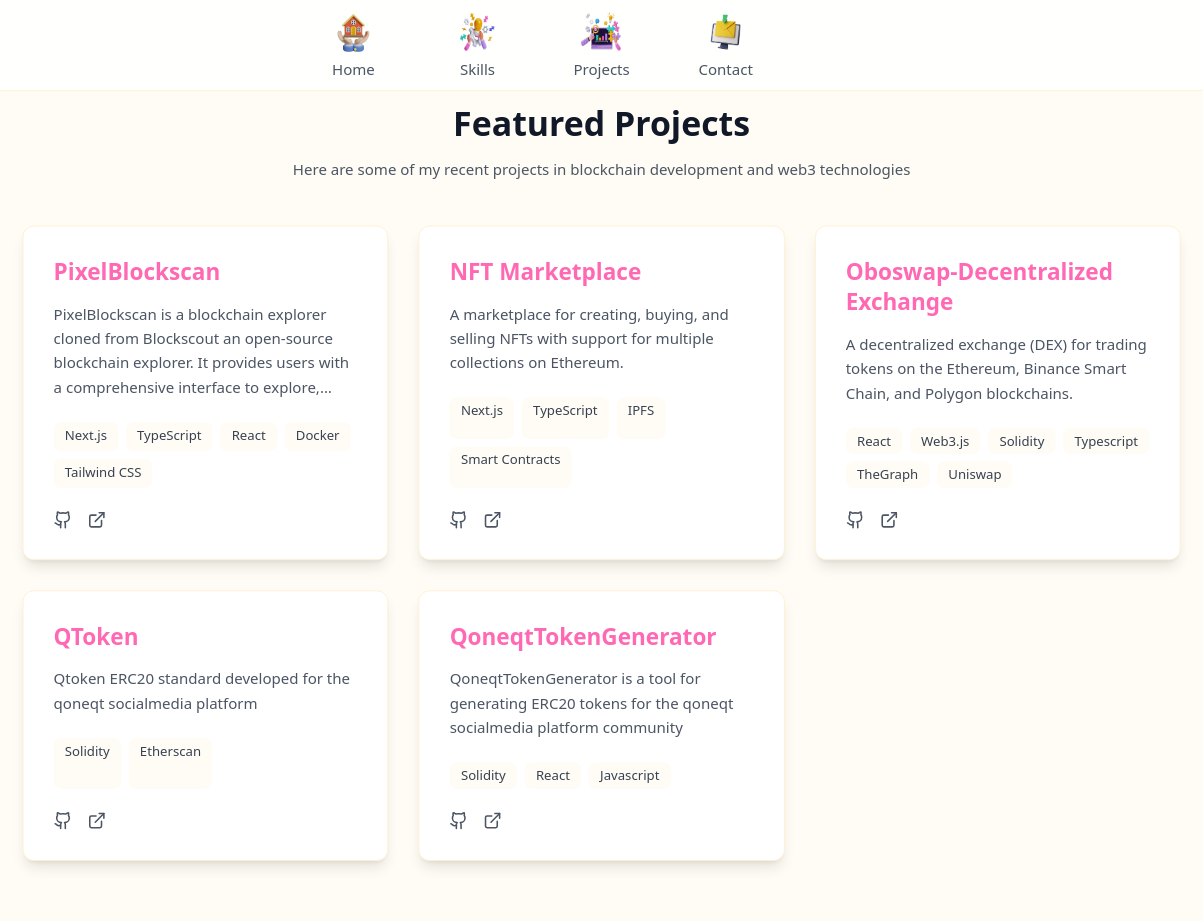
Repository: cryptonix21/personal-portfolio
Page: /projects
These files come from the project's save history. The page is drawn as it stood at one moment and after a run of saves; the edit follows.
The browser window is 1280 px wide. The pictures show the whole page, at 94% of full size.
The project was rebuilt for these pictures with package versions that can differ from the ones it lists, and the page was loaded fresh each time. Also part of the build but not shown: vite.config.ts, src/components/Resume.tsx, src/hooks/useTypewriter.ts, src/components/Hero.tsx, src/components/Skills.tsx, src/components/Contact.tsx. Imported but missing from the stored project, and not drawn on this page: src/assets/Gopal_Gurram_Resume.pdf.

Above is the page before, as saved 2024-12-12 19:56:50.

After the next 2 saves:
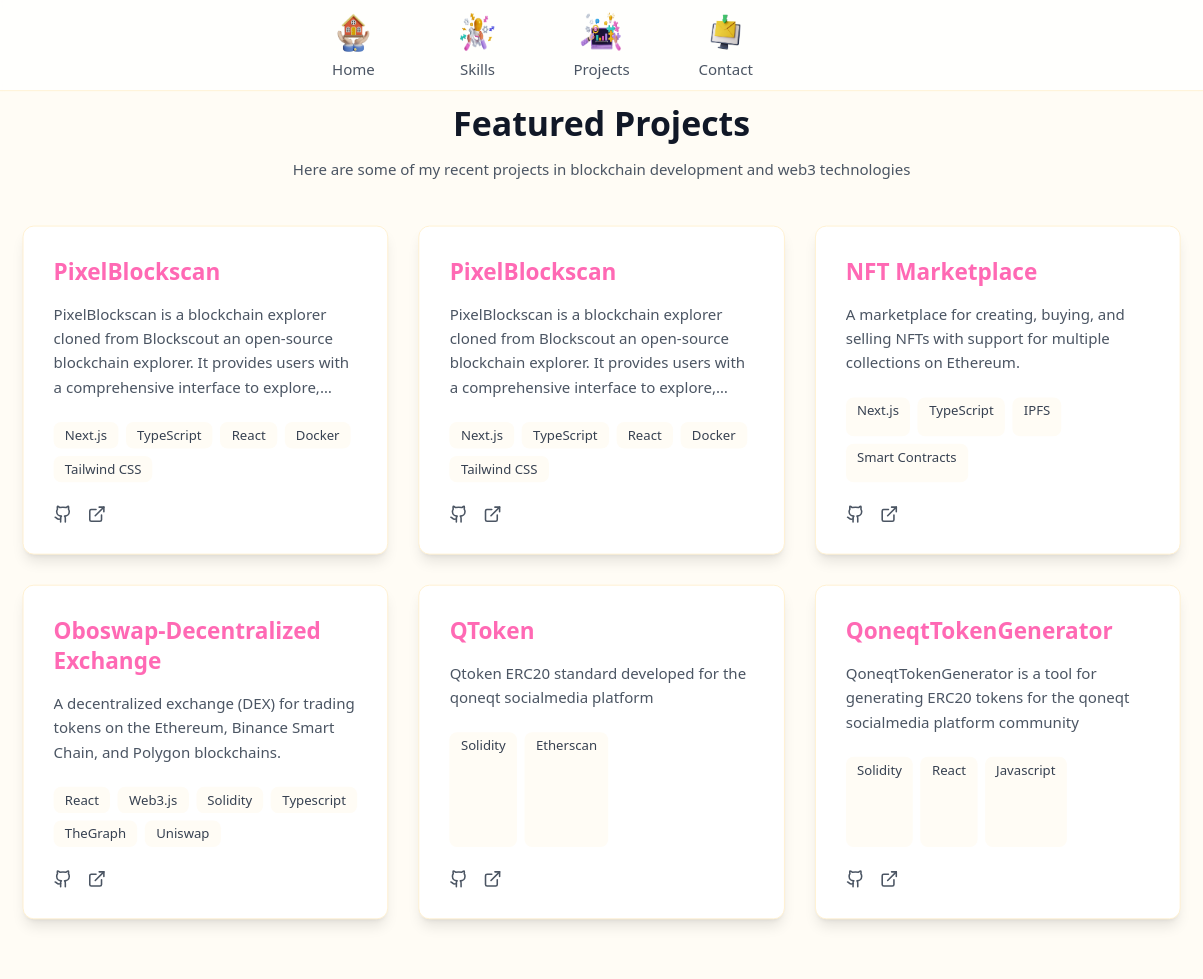
The 2 saves are shown as one change because they came seconds apart.
The last was saved 7 days later.
--- a/src/constants/projects.ts
+++ b/src/constants/projects.ts
@@ -7,6 +7,13 @@
 }
 
 export const projects: Project[] = [
+  {
+    title: "PixelBlockscan",
+    description: "PixelBlockscan is a blockchain explorer cloned from Blockscout an open-source blockchain explorer. It provides users with a comprehensive interface to explore, search, and analyze transactions, blocks, and smart contract interactions.",
+    tech: ["Next.js", "TypeScript", "React", "Docker", "Tailwind CSS"],
+    github: "https://github.com/blockscout/blockscout",
+    live: "https://scan.pixelsoftwares.com/"
+  },
   {
     title: "PixelBlockscan",
     description: "PixelBlockscan is a blockchain explorer cloned from Blockscout an open-source blockchain explorer. It provides users with a comprehensive interface to explore, search, and analyze transactions, blocks, and smart contract interactions.",
